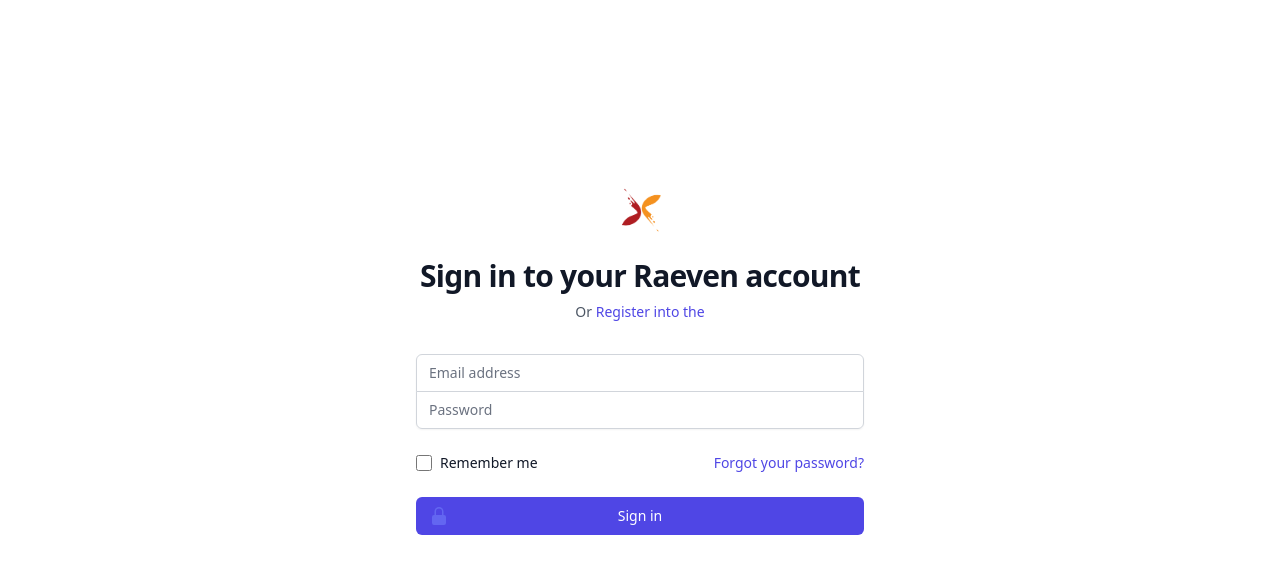
Repository: Curiosityxploring/raeven-site
Page: /login
These files come from the project's save history. The page is drawn as it stood at one moment and after the next save; the edit follows.
The browser window is 1280 px wide. The pictures show the whole page.
The project was rebuilt for these pictures with package versions that can differ from the ones it lists, and the page was loaded fresh each time. The framework's server and built-in components were replaced by stand-ins that run in the browser. Also part of the build but not shown: next.config.js.

Above is the page before, as saved 2023-01-12 15:20:44.

After the next save:
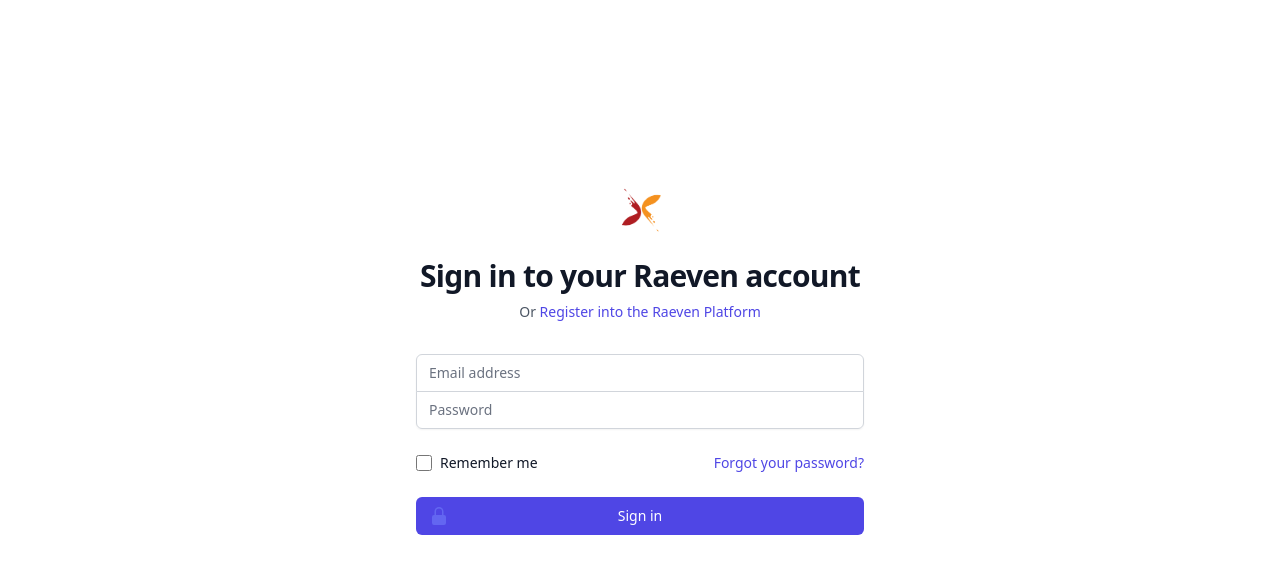
Saved 5 s later.
--- a/pages/login.jsx
+++ b/pages/login.jsx
@@ -26,7 +26,7 @@
             <p className="mt-2 text-center text-sm text-gray-600">
               Or{' '}
               <a href="#" className="font-medium text-indigo-600 hover:text-indigo-500">
-                Register into the
+                Register into the Raeven Platform
               </a>
             </p>
           </div>
